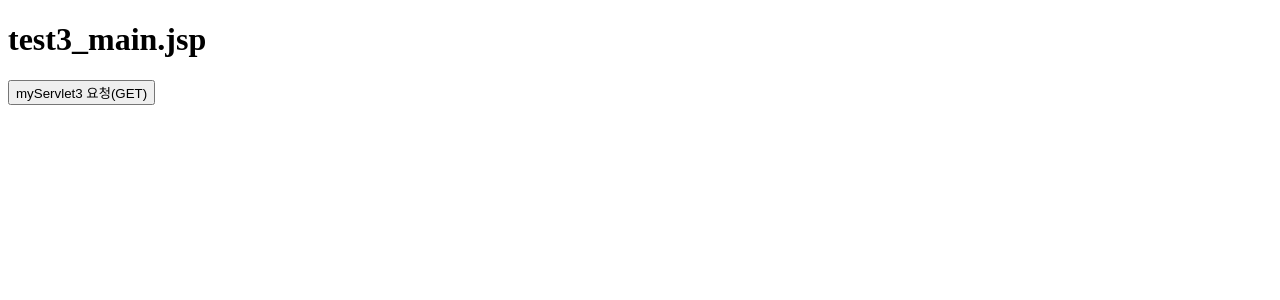
Repository: junesse-afk/ITJSP
Page: http://localhost/StudyJSP/jsp09_servlet/test3_main.jsp
An editor plug-in stored every save of this project. The page is shown before and after the next save, followed by the edit.
The browser window is 1280 px wide. The pictures show the whole page.
The page is served by Tomcat 10.

Above is the page before, as saved 2024-11-26 06:46:12.

After the next save:
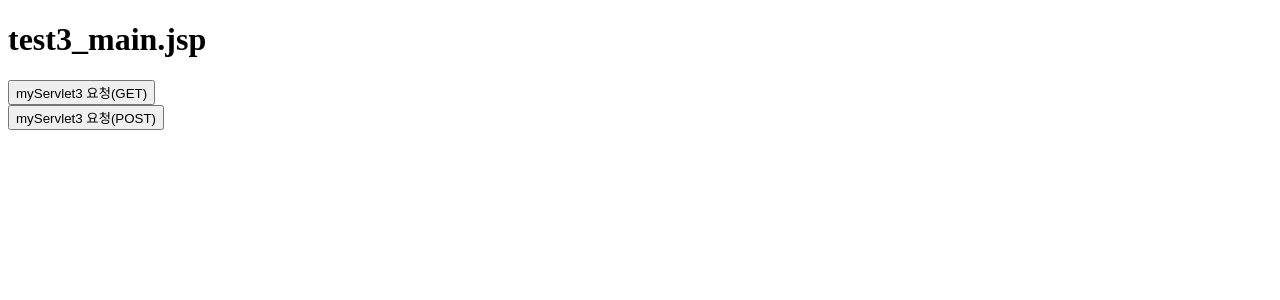
Saved 15 s later.
--- a/workspace_jsp/StudyJSP/src/main/webapp/jsp09_servlet/test3_main.jsp
+++ b/workspace_jsp/StudyJSP/src/main/webapp/jsp09_servlet/test3_main.jsp
@@ -14,7 +14,11 @@
 		<input type="hidden" name="name" value="홍길동">
 		<input type="submit" value="myServlet3 요청(GET)">
 	</form>
-
+	<form action="myServlet3" method="post">
+		<input type="hidden" name="id" value="admin">
+		<input type="hidden" name="name" value="홍길동">
+		<input type="submit" value="myServlet3 요청(POST)">
+	</form>
 
 
 
